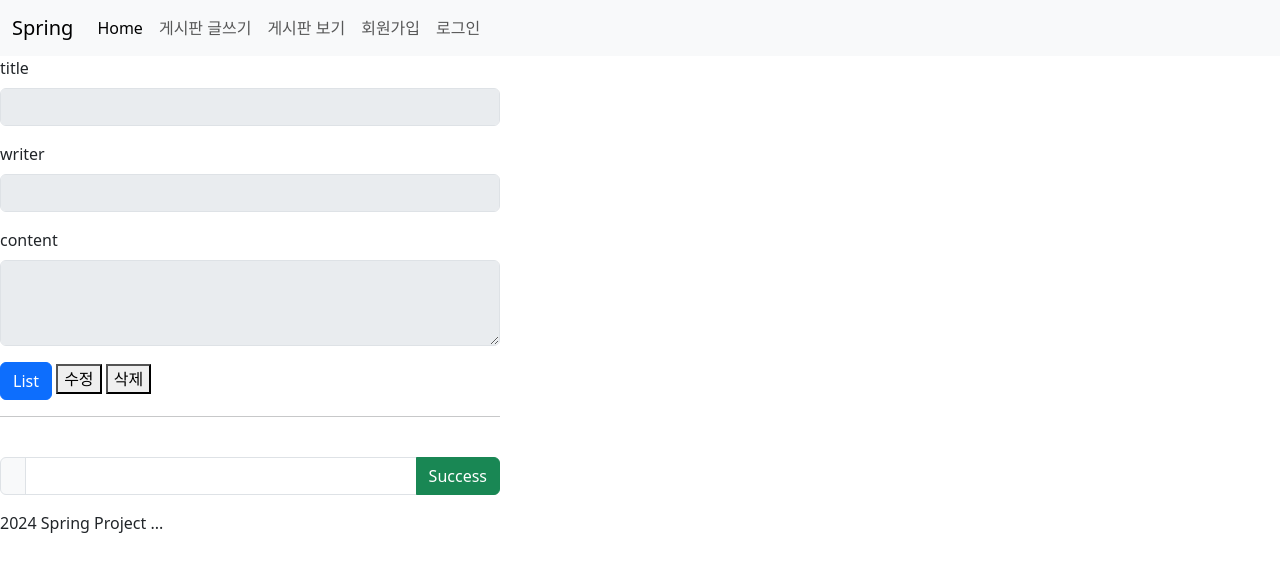
Repository: haneul030/240115
Page: http://localhost/spring_test2/WEB-INF/views/board/detail.jsp
An editor plug-in stored every save of this project. The page is shown before and after the next save, followed by the edit.
The browser window is 1280 px wide. The pictures show the whole page.
The page is served by Tomcat 9. Nobody is signed in. Other server files are loaded and not shown. The template is opened directly, without the code that normally fills it, so the values that code supplies are empty.

Above is the page before, as saved 2024-01-08 03:49:04.

### spring_test2/src/main/webapp/WEB-INF/views/board/detail.jsp
<%@ page language="java" contentType="text/html; charset=UTF-8"
    pageEncoding="UTF-8"%>
<%@ taglib uri="http://java.sun.com/jsp/jstl/core" prefix="c" %>

<jsp:include page="../layout/header.jsp"></jsp:include>

<div class="container-md3" style="width: 500px;">
<div>
	<div class="mb-3">
		<label for="title" class="form-label">title</label>
		<input type="text" name="title" class="form-control" id="title" disabled value="${bvo.title}">
	</div>
</div>
<div>
	<div class="mb-3">
		<label for="writer" class="form-label">writer</label>
		<input type="text" name="writer" class="form-control" id="writer" disabled value="${bvo.writer}">
	</div>
</div>
<div>
	<div class="mb-3">
		<label for="content" class="form-label">content</label>
		<textarea class="form-control" id="content" name="content"  rows="3" disabled>${bvo.content}</textarea>
	</div>
</div>

<a href="/board/list"><button type="button" class="btn btn-primary">List</button></a>
<a href="/board/modify?bno=${bvo.bno }"><button>수정</button></a>
<a href="/board/remove?bno=${bvo.bno }"><button>삭제</button></a>
<hr>
<br>
	<!-- 댓글 등록 라인 -->
	<div class="input-group mb-3">
  	<span class="input-group-text" id="cmtWriter">${bvo.writer }</span>
  	<input type="text" class="form-control" id="cmtText" aria-label="Amount (to the nearest dollar)">
  	<button type="button" class="btn btn-success">Success</button>
	</div>


	<!-- 댓글 표시 라인 -->


</div>

<jsp:include page="../layout/footer.jsp"></jsp:include>

### spring_test2/src/main/webapp/WEB-INF/views/layout/header.jsp
<%@ page language="java" contentType="text/html; charset=UTF-8"
    pageEncoding="UTF-8"%>
<%@ taglib uri="http://java.sun.com/jsp/jstl/core" prefix="c" %>
<!DOCTYPE html>
<html>
<head>
<meta charset="UTF-8">
<title>Insert title here</title>
 <link href="https://cdn.jsdelivr.net/npm/bootstrap@5.3.1/dist/css/bootstrap.min.css" rel="stylesheet" integrity="sha384-4bw+/aepP/YC94hEpVNVgiZdgIC5+VKNBQNGCHeKRQN+PtmoHDEXuppvnDJzQIu9" crossorigin="anonymous">
 <script src="https://cdn.jsdelivr.net/npm/bootstrap@5.3.1/dist/js/bootstrap.bundle.min.js" integrity="sha384-HwwvtgBNo3bZJJLYd8oVXjrBZt8cqVSpeBNS5n7C8IVInixGAoxmnlMuBnhbgrkm" crossorigin="anonymous"></script>
</head>
<body>

<nav class="navbar navbar-expand-lg bg-body-tertiary">
  <div class="container-fluid">
    <a class="navbar-brand" href="#">Spring</a>
    <button class="navbar-toggler" type="button" data-bs-toggle="collapse" data-bs-target="#navbarSupportedContent" aria-controls="navbarSupportedContent" aria-expanded="false" aria-label="Toggle navigation">
      <span class="navbar-toggler-icon"></span>
    </button>
    <div class="collapse navbar-collapse" id="navbarSupportedContent">
      <ul class="navbar-nav me-auto mb-2 mb-lg-0">
        <li class="nav-item">
          <a class="nav-link active" aria-current="page" href="/">Home</a>
        </li>
        <li class="nav-item">
          <a class="nav-link" href="/board/register">게시판 글쓰기</a>
        </li>
        <li class="nav-item">
          <a class="nav-link" href="/board/list">게시판 보기</a>
        </li>
        <li class="nav-item">
          <a class="nav-link" href="/member/register">회원가입</a>
        </li>
        	<c:if test="${ses.id eq null }">
        		<li class="nav-item">
        			<a class="nav-link" href="/member/login">로그인</a>
    		    </li>
        	</c:if>
        	<c:if test="${ses.id ne null }">
        		<li class="nav-item">
					<a class="nav-link" href="/member/logout">로그아웃</a>
		       	</li>
        	</c:if>
        	<c:if test="${ses.id ne null }">
        		<li class="nav-item">
					<a class="nav-link" href="/member/modify">${ses.id }( ${ses.name } ) welcome!!</a>
		       	</li>
        	</c:if>
        </ul>


    </div>
  </div>
</nav>

### spring_test2/src/main/webapp/WEB-INF/views/layout/footer.jsp
<%@ page language="java" contentType="text/html; charset=UTF-8"
    pageEncoding="UTF-8"%>

<div>
	2024 Spring Project ...
</div>

</body>
</html>

After the next save:
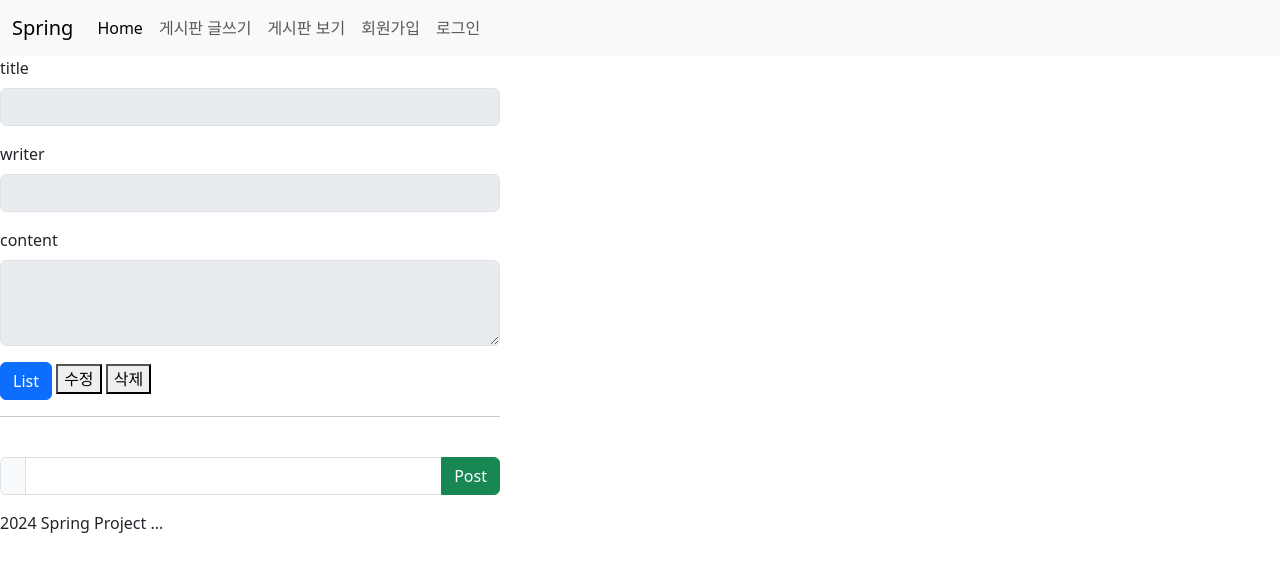
Saved 16 s later.
--- a/spring_test2/src/main/webapp/WEB-INF/views/board/detail.jsp
+++ b/spring_test2/src/main/webapp/WEB-INF/views/board/detail.jsp
@@ -33,7 +33,7 @@
 	<div class="input-group mb-3">
   	<span class="input-group-text" id="cmtWriter">${bvo.writer }</span>
   	<input type="text" class="form-control" id="cmtText" aria-label="Amount (to the nearest dollar)">
-  	<button type="button" class="btn btn-success">Success</button>
+  	<button type="button" class="btn btn-success" id="cmtPostBtn">Post</button>
 	</div>
 
 
